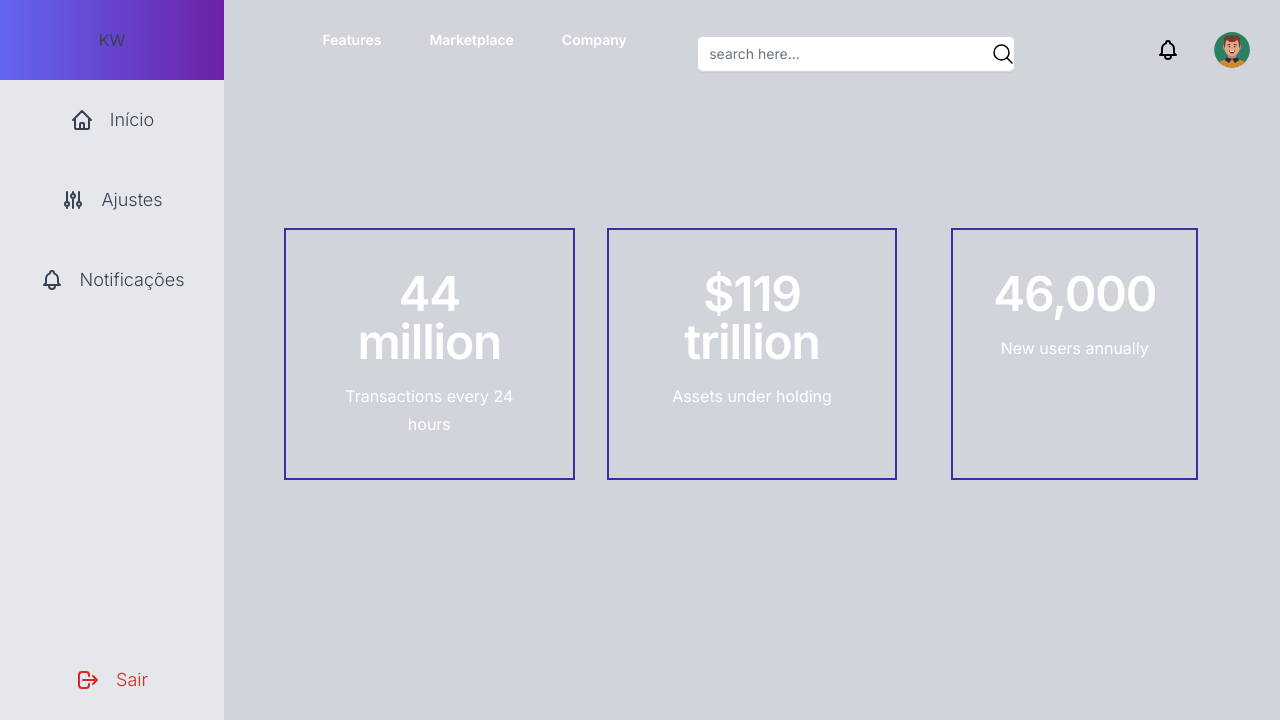
Repository: KennedyWanderson/AdminDashboard
Page: / (app in Code/admindashboard/)
These files come from the project's save history. The page is drawn as it stood at one moment and after the next save; the edit follows.
The browser window is 1280 px wide. The pictures show the whole page.
The project was rebuilt for these pictures with package versions that can differ from the ones it lists, and the page was loaded fresh each time. The framework's server and built-in components were replaced by stand-ins that run in the browser. Also part of the build but not shown: Code/admindashboard/next.config.mjs.

Above is the page before, as saved 2024-06-23 15:39:25.

### Code/admindashboard/src/app/layout.js
import { Inter } from "next/font/google";
import "./globals.css";

const inter = Inter({ subsets: ["latin"] });

export const metadata = {
  title: "Admin Dashboard",
  description: "Generated by Kennedy Wanderson",
};

export default function RootLayout({ children }) {
  return (
    <html lang="en">
      <body className={inter.className}>{children}</body>
    </html>
  );
}

### Code/admindashboard/src/app/page.js
import Layout from "@/components/Layout";

export default function Home() {
  return (
    <Layout>
      Content
    </Layout>
  )
}

### Code/admindashboard/src/components/Layout.jsx
"use client";

import { useState } from "react";
import Content from "./Content";
import Header from "./Header";
import LateralMenu from "./LateralMenu";
import HomePage from "./Home";


export default function Layout() {
    const [activeComponent, setActiveComponent] = useState("HomePage");

    const renderActiveComponent = () => {
        switch (activeComponent) {
            case "HomePage":
                return <HomePage />;
            default:
                return <HomePage />;
        }
    };

    return (
        <div className={`flex h-screen w-screen`}>
            <LateralMenu setActiveComponent={setActiveComponent} />
            <div className={`
                flex flex-col w-full p-7
                bg-gray-300 dark:bg-gray-800
            `}>
                <Header />
                <Content>
                    {renderActiveComponent()}
                </Content>
            </div>
        </div>
    );
}

### Code/admindashboard/src/components/Content.jsx
export default function Content({ children }) {
    return (
        <div className={`
            flex flex-col mt-7
            dark:text-gray-200
        `}>
            {children}
        </div>
    );
}

### Code/admindashboard/src/components/Header.jsx
import AvatarUsuario from "./UserAvatar";
import { IconeSearch, IconeSino } from "./icons";

export default function Header({ titulo, subtitulo }) {


    return (
        <div className={`flex`}>
            <div>
                <h1 className={`
                font-black text-3xl
                text-gray-900 dark:text-gray-100
            `}>
                    {titulo}
                </h1>
                <h2 className={`
                font-light text-sm
                dark:text-gray-300
            `}>
                    {subtitulo}
                </h2>
            </div>
            <header className="flex flex-grow justify-center text-white">
                <nav className=" justify-center" aria-label="Global">

                    <div className="hidden lg:flex lg:gap-x-12">

                        <a href="#" className="text-sm font-semibold leading-6 text-white">Features</a>
                        <a href="#" className="text-sm font-semibold leading-6 text-white">Marketplace</a>
                        <a href="#" className="text-sm font-semibold leading-6 text-white">Company</a>
                    </div>


                </nav>

            </header>
            <div>
                <div className="relative mt-2 rounded-md shadow-sm">
                    <div className="pointer-events-none absolute inset-y-0 left-0 flex items-center pl-3">
                        <span className="text-gray-500 sm:text-sm">search here...</span>
                    </div>
                    <input type="text" name="search" id="search" className="block w-full rounded-md border-0 py-1.5 pl-7 pr-20 text-gray-900 ring-1 ring-inset ring-gray-300 placeholder:text-gray-400 focus:ring-2 focus:ring-inset focus:ring-indigo-600 sm:text-sm sm:leading-6" />
                    <div className="absolute inset-y-0 right-0 flex items-center">
                        {IconeSearch}
                    </div>
                </div>
            </div>

            <div className={`flex flex-grow justify-end items-center gap-8`}>

                {IconeSino}
                <AvatarUsuario />
            </div>
        </div>
    )
}

### Code/admindashboard/src/components/LateralMenu.jsx
"use client";

import MenuItem from "./ItemMenu";
import { IconeAjustes, IconeCasa, IconeSair, IconeSino } from "./icons";

export default function LateralMenu({ setActiveComponent }) {
    return (
        <aside className={`
            flex flex-col items-center
            bg-gray-200 text-gray-700
            dark:bg-gray-900
        `}>
            <div className={`
                flex flex-col items-center justify-center
                bg-gradient-to-r from-indigo-500 to-purple-800
                h-20 w-56
            `}>
                KW
            </div>
            <ul className="flex-grow">
                <MenuItem
                    texto="Início"
                    icone={IconeCasa}
                    onClick={() => setActiveComponent('HomePage')}
                />
                <MenuItem
                    texto="Ajustes"
                    icone={IconeAjustes}
                    onClick={() => setActiveComponent('Ajustes')}
                />
                <MenuItem
                    texto="Notificações"
                    icone={IconeSino}
                    onClick={() => setActiveComponent('Notificacoes')}
                />
            </ul>
            <ul>
                <MenuItem
                    texto="Sair"
                    icone={IconeSair}
                    className={`
                        text-red-600 dark:text-red-400
                        hover:bg-red-400 hover:text-white
                        dark:hover:text-white
                    `}
                />
            </ul>
        </aside>
    );
}

### Code/admindashboard/src/components/Home.jsx


export default function HomePage() {
    return (
        <div class=" py-24 sm:py-32">
            <div class="mx-auto max-w-7xl px-6 lg:px-8">
                <dl class="grid grid-cols-1 gap-x-8 gap-y-16 text-center lg:grid-cols-3">
                    <div class="mx-auto flex max-w-xs flex-col border-2 p-10 border-indigo-800 gap-y-4">
                        <dt class="text-base leading-7 text-white">Transactions every 24 hours</dt>
                        <dd class="order-first text-3xl font-semibold tracking-tight text-white sm:text-5xl">44 million</dd>
                    </div>
                    <div class="mx-auto flex max-w-xs flex-col border-2 p-10 border-indigo-800 gap-y-4">
                        <dt class="text-base leading-7 text-white">Assets under holding</dt>
                        <dd class="order-first text-3xl font-semibold tracking-tight text-white sm:text-5xl">$119 trillion</dd>
                    </div>
                    <div class="mx-auto flex max-w-xs flex-col border-2 p-10 border-indigo-800 gap-y-4">
                        <dt class="text-base leading-7 text-white">New users annually</dt>
                        <dd class="order-first text-3xl font-semibold tracking-tight text-white sm:text-5xl">46,000</dd>
                    </div>
                </dl>
            </div>
        </div>
    )
}

### Code/admindashboard/src/components/UserAvatar.jsx


export default function AvatarUsuario({className}) {
    return (
            <img
                src={'/images/avatar.svg'}
                alt="Avatar do Usuário"
                className={`
                    h-10 w-10 rounded-full cursor-pointer
                    ${className}
                `}
            />

    )
}

### Code/admindashboard/src/components/icons/index.jsx
// Pra mais icones acessar... https://heroicons.com/

export const IconeSearch = (
    <svg xmlns="http://www.w3.org/2000/svg" fill="none" viewBox="0 0 24 24" strokeWidth={1.5} stroke="currentColor" className="size-6">
  <path strokeLinecap="round" strokeLinejoin="round" d="m21 21-5.197-5.197m0 0A7.5 7.5 0 1 0 5.196 5.196a7.5 7.5 0 0 0 10.607 10.607Z" />
</svg>


)

export const IconeCasa = (
    <svg xmlns="http://www.w3.org/2000/svg" className="h-6 w-6" fill="none" viewBox="0 0 24 24" stroke="currentColor">
        <path strokeLinecap="round" strokeLinejoin="round" strokeWidth={2} d="M3 12l2-2m0 0l7-7 7 7M5 10v10a1 1 0 001 1h3m10-11l2 2m-2-2v10a1 1 0 01-1 1h-3m-6 0a1 1 0 001-1v-4a1 1 0 011-1h2a1 1 0 011 1v4a1 1 0 001 1m-6 0h6" />
    </svg>
)

export const IconeAjustes = (
    <svg xmlns="http://www.w3.org/2000/svg" className="h-6 w-6" fill="none" viewBox="0 0 24 24" stroke="currentColor">
        <path strokeLinecap="round" strokeLinejoin="round" strokeWidth={2} d="M12 6V4m0 2a2 2 0 100 4m0-4a2 2 0 110 4m-6 8a2 2 0 100-4m0 4a2 2 0 110-4m0 4v2m0-6V4m6 6v10m6-2a2 2 0 100-4m0 4a2 2 0 110-4m0 4v2m0-6V4" />
    </svg>
)

export const IconeSino = (
    <svg xmlns="http://www.w3.org/2000/svg" className="h-6 w-6" fill="none" viewBox="0 0 24 24" stroke="currentColor">
        <path strokeLinecap="round" strokeLinejoin="round" strokeWidth={2} d="M15 17h5l-1.405-1.405A2.032 2.032 0 0118 14.158V11a6.002 6.002 0 00-4-5.659V5a2 2 0 10-4 0v.341C7.67 6.165 6 8.388 6 11v3.159c0 .538-.214 1.055-.595 1.436L4 17h5m6 0v1a3 3 0 11-6 0v-1m6 0H9" />
    </svg>
)

export const IconeSair = (
    <svg xmlns="http://www.w3.org/2000/svg" className="h-6 w-6" fill="none" viewBox="0 0 24 24" stroke="currentColor">
        <path strokeLinecap="round" strokeLinejoin="round" strokeWidth={2} d="M17 16l4-4m0 0l-4-4m4 4H7m6 4v1a3 3 0 01-3 3H6a3 3 0 01-3-3V7a3 3 0 013-3h4a3 3 0 013 3v1" />
    </svg>
)

export const IconeSol = (tamanho = 6) => (
    <svg xmlns="http://www.w3.org/2000/svg" className={`h-${tamanho} w-${tamanho}`} fill="none" viewBox="0 0 24 24" stroke="currentColor">
        <path strokeLinecap="round" strokeLinejoin="round" strokeWidth={2} d="M12 3v1m0 16v1m9-9h-1M4 12H3m15.364 6.364l-.707-.707M6.343 6.343l-.707-.707m12.728 0l-.707.707M6.343 17.657l-.707.707M16 12a4 4 0 11-8 0 4 4 0 018 0z" />
    </svg>
)

export const IconeLua = (tamanho = 6) => (
    <svg xmlns="http://www.w3.org/2000/svg" className={`h-${tamanho} w-${tamanho}`} fill="none" viewBox="0 0 24 24" stroke="currentColor">
        <path strokeLinecap="round" strokeLinejoin="round" strokeWidth={2} d="M20.354 15.354A9 9 0 018.646 3.646 9.003 9.003 0 0012 21a9.003 9.003 0 008.354-5.646z" />
    </svg>
)

export const IconeAtencao = (tamanho = 1) => (
    <svg xmlns="http://www.w3.org/2000/svg" className={`h-${tamanho} w-${tamanho}`} fill="none" viewBox="0 0 24 24" stroke="currentColor">
        <path strokeLinecap="round" strokeLinejoin="round" strokeWidth={2} d="M12 9v2m0 4h.01m-6.938 4h13.856c1.54 0 2.502-1.667 1.732-3L13.732 4c-.77-1.333-2.694-1.333-3.464 0L3.34 16c-.77 1.333.192 3 1.732 3z" />
    </svg>
)

### Code/admindashboard/src/components/ItemMenu.jsx

export default function MenuItem({ texto, icone, url, className, onClick }) {
    function renderizarLink() {
        return (
            <div className={`
                flex justify-center items-center
                h-20 w-56 gap-4
                dark:text-gray-200
                ${className}
            `}>
                {icone}
                <span className="text-lg font-light">
                    {texto}
                </span>
            </div>
        );
    }

    return (
        <li
            onClick={onClick}
            className={`
                hover:bg-gray-100 dark:hover:bg-gray-800
                cursor-pointer
            `}
        >
            {url ? (
                <a href={url}>
                    {renderizarLink()}
                </a>
            ) : (
                renderizarLink()
            )}
        </li>
    );
}

Loaded but not shown: Code/admindashboard/src/app/globals.css (common file); Code/admindashboard/tailwind.config.js (common file)

After the next save:
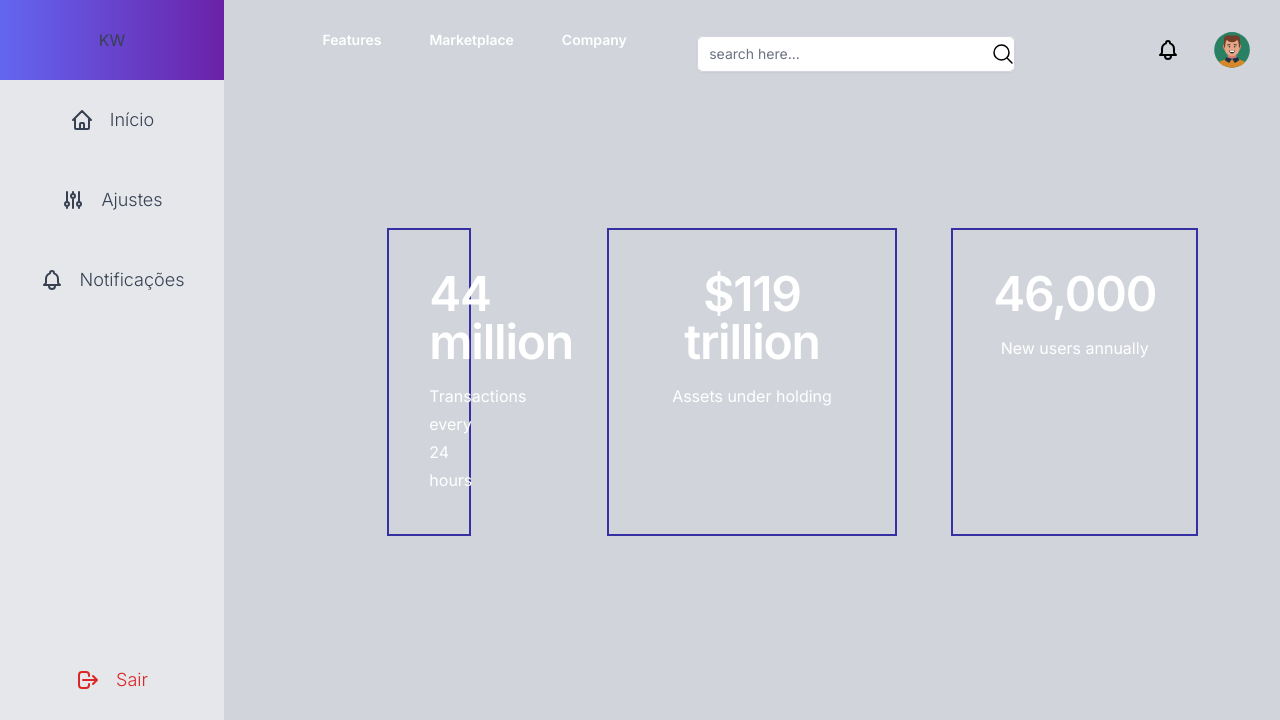
Saved 14 s later.
--- a/Code/admindashboard/src/components/Home.jsx
+++ b/Code/admindashboard/src/components/Home.jsx
@@ -5,7 +5,7 @@
         <div class=" py-24 sm:py-32">
             <div class="mx-auto max-w-7xl px-6 lg:px-8">
                 <dl class="grid grid-cols-1 gap-x-8 gap-y-16 text-center lg:grid-cols-3">
-                    <div class="mx-auto flex max-w-xs flex-col border-2 p-10 border-indigo-800 gap-y-4">
+                    <div class="mx-auto flex max-w-xs flex-col w-10 border-2 p-10 border-indigo-800 gap-y-4">
                         <dt class="text-base leading-7 text-white">Transactions every 24 hours</dt>
                         <dd class="order-first text-3xl font-semibold tracking-tight text-white sm:text-5xl">44 million</dd>
                     </div>

After the 2 saves that followed:
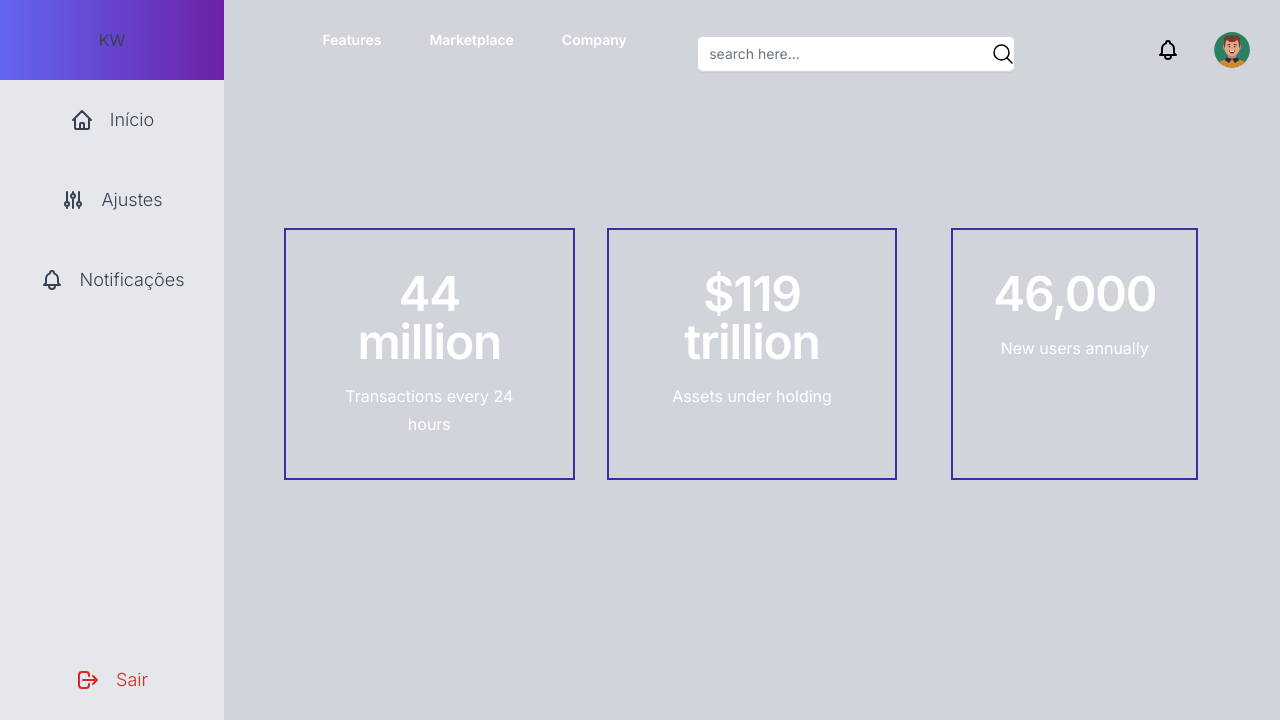
The 2 saves are shown as one change because they came seconds apart.
The last was saved 8 s later.
--- a/Code/admindashboard/src/components/Home.jsx
+++ b/Code/admindashboard/src/components/Home.jsx
@@ -5,7 +5,7 @@
         <div class=" py-24 sm:py-32">
             <div class="mx-auto max-w-7xl px-6 lg:px-8">
                 <dl class="grid grid-cols-1 gap-x-8 gap-y-16 text-center lg:grid-cols-3">
-                    <div class="mx-auto flex max-w-xs flex-col w-10 border-2 p-10 border-indigo-800 gap-y-4">
+                    <div class="mx-auto flex max-w-xs flex-col w-full border-2 p-10 border-indigo-800 gap-y-4">
                         <dt class="text-base leading-7 text-white">Transactions every 24 hours</dt>
                         <dd class="order-first text-3xl font-semibold tracking-tight text-white sm:text-5xl">44 million</dd>
                     </div>
